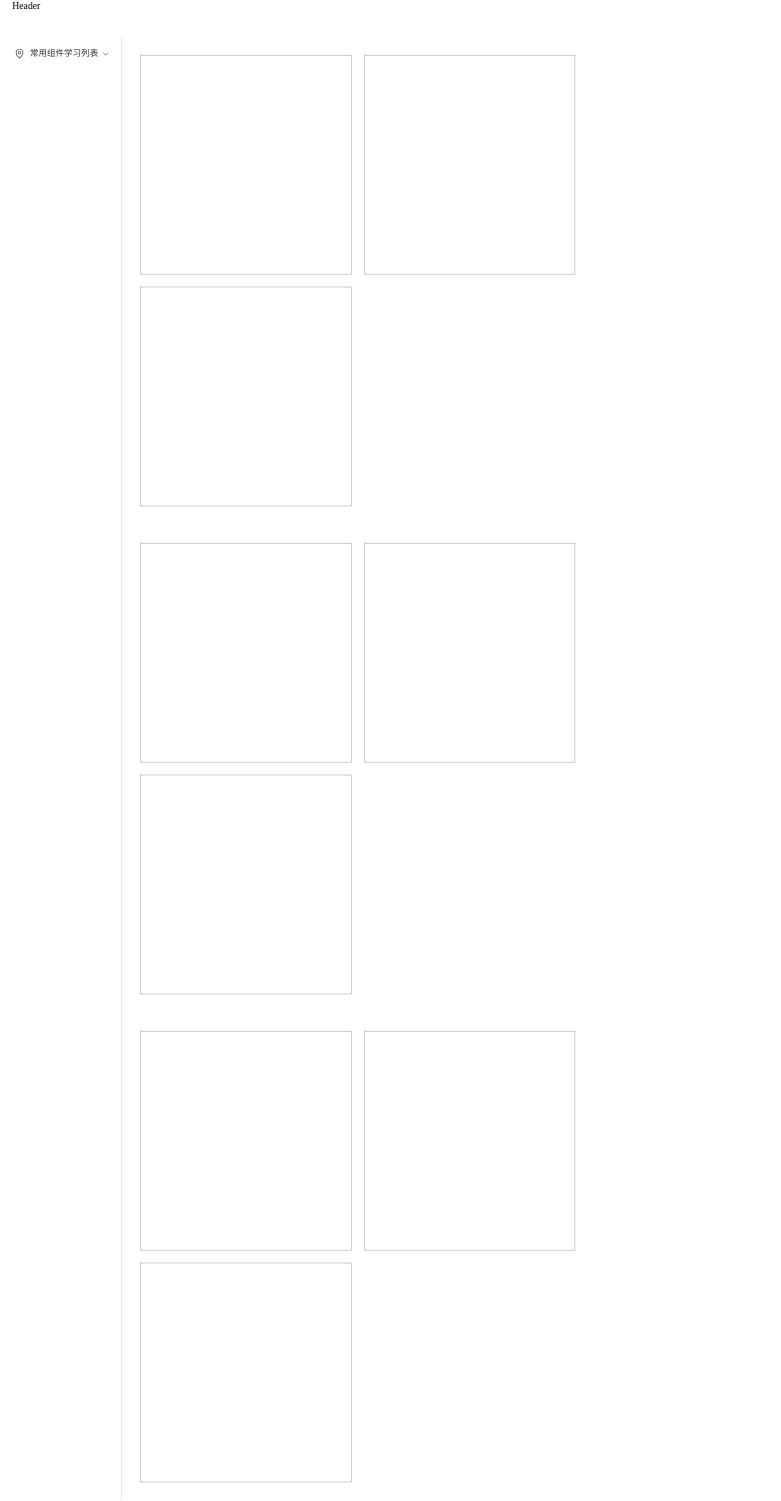
Repository: 553559555/vue3-project
Page: /#/index (app in vue3-app/)
The author's editor kept a copy of each file at every save. The page is drawn from the files as they stood at one save, then again after the next save.
The browser window is 1280 px wide. The pictures show the whole page, at 61% of full size.
The project was rebuilt for these pictures with package versions that can differ from the ones it lists, and the page was loaded fresh each time. Also part of the build but not shown: vue3-app/vite.config.ts.

Above is the page before, as saved 2025-03-24 10:50:21.

### vue3-app/src/main.ts
import { createApp } from 'vue'
import ElementPlus from 'element-plus'
import 'element-plus/dist/index.css'
import router from './router'
import pinia from './stores'
import './style.css'
import App from './App.vue'

const app = createApp(App)
app.use(ElementPlus)
app.use(router)
app.use(pinia)

app.mount('#app')

### vue3-app/src/router/index.ts
import { createRouter, createWebHashHistory, createWebHistory } from 'vue-router'
import type { RouteRecordRaw } from 'vue-router'

const routes: Array<RouteRecordRaw> = [
  {
    path: '/',
    name: 'Login',
    component: () => import('../views/login.vue')
  },
  {
    path: '/index',
    name: 'index',
    component: () => import('../views/index.vue'),
    children: [
      {
        path: '',
        name: 'Home',
        component: () => import('../views/Home.vue')
      },
      {
        path: '/about',
        name: 'About',
        component: () => import('../views/About.vue')
      }
    ]
  }

]

const router = createRouter({
  history: createWebHashHistory(),
  routes
})

export default router

### vue3-app/src/stores/index.ts
import { createPinia } from 'pinia'

const pinia = createPinia()

export default pinia

### vue3-app/src/style.css
/* CSS 重置 */
* {
  margin: 0;
  padding: 0;
  box-sizing: border-box;
}

### vue3-app/src/App.vue
<script setup lang="ts">
import { RouterView } from 'vue-router'
</script>

<template>
    <router-view />
</template>

### vue3-app/src/views/index.vue
<template>
    <div>
        <el-header>Header</el-header>
        <el-container>
            <el-aside width="200px">
                <home-left />
            </el-aside>
            <el-main>
                <router-view>
                </router-view>
            </el-main>
        </el-container>
    </div>
</template>

<script setup>

import { RouterView } from 'vue-router'
import HomeLeft from './components/home-left.vue'

</script>



<style scoped lang="scss">
div {
    width: 100vw;
    height: 100vh;
    box-sizing: border-box;


    .el-main {
        margin: 0px;
        padding: 0px;
    }
}
</style>

### vue3-app/src/views/Home.vue
<template>
  <div class="home-container">
    <el-row class="row" :span="8">
      <el-col :span="8">
        <div class="grid-content ep-bg-purple-dark" />
      </el-col>
      <el-col :span="8">
        <div class="grid-content ep-bg-purple-dark" />
      </el-col>
      <el-col :span="8">
        <div class="grid-content ep-bg-purple-dark" />
      </el-col>
    </el-row>

    <el-row class="row" :span="8">
      <el-col :span="8">
        <div class="grid-content ep-bg-purple-dark" />
      </el-col>
      <el-col :span="8">
        <div class="grid-content ep-bg-purple-dark" />
      </el-col>
      <el-col :span="8">
        <div class="grid-content ep-bg-purple-dark" />
      </el-col>
    </el-row>

    <el-row class="row" :span="8">
      <el-col :span="8">
        <div class="grid-content ep-bg-purple-dark" />
      </el-col>
      <el-col :span="8">
        <div class="grid-content ep-bg-purple-dark" />
      </el-col>
      <el-col :span="8">
        <div class="grid-content ep-bg-purple-dark" />
      </el-col>
    </el-row>

  </div>
</template>

<script lang="ts" setup>

</script>

<style scoped lang="scss">
.home-container {
  width: 100%;
  height: 100%;
  box-sizing: border-box;

  .row {
    padding: 20px;
    height: 800px;

    .el-col {
      margin: 10px;
      border: solid 1px #aaa;
    }
  }
}
</style>

### vue3-app/src/views/components/home-left.vue
<template>
    <div class="home-left-container">
        <el-menu default-active="2" class="el-menu-vertical-demo" @open="handleOpen" @close="handleClose"
            @select="handleSelect">
            <el-sub-menu v-for="(items, index) in listData" :index="items.name" :key="index">
                <template #title>
                    <el-icon>
                        <location />
                    </el-icon>
                    <span>{{ items.name }}</span>
                </template>
                <el-menu-item v-for="(item, index) in items.children" :index="item.name" :key="index">
                    <el-icon>
                        <location />
                    </el-icon>
                    <span>{{ item.name }}</span>
                </el-menu-item>
            </el-sub-menu>
        </el-menu>
    </div>
</template>

<script setup>
import { Location } from "@element-plus/icons-vue";

import { reactive, ref } from "vue";
const listData = reactive([
    {
        name: "常用组件学习列表",
        children: [
            {
                name: 'button'
            },
            {
                name: 'input'
            }
        ],
    },
]);
const isCollapse = ref(true);
const handleOpen = (key, keyPath) => {
    console.log(key, keyPath);
};
const handleClose = (key, keyPath) => {
    console.log(key, keyPath);
};

const handleSelect = (key, keyPath) => {
    console.log(key, keyPath);
};
</script>

<style scoped lang="scss">
.home-left-container {
    height: 100%;
    width: 100%;
    background-color: #fff;

    .el-menu-vertical-demo:not(.el-menu--collapse) {
        width: 200px;
        min-height: 100%;
    }
}
</style>

Loaded but not shown: vue3-app/index.html (common file)

After the next save:
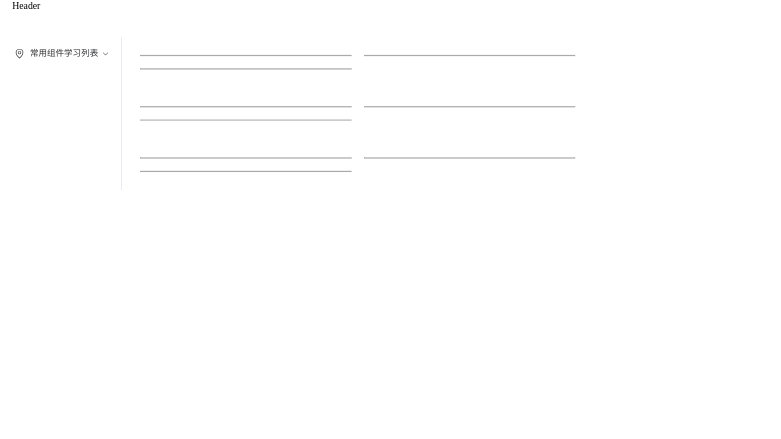
Saved 10 s later.
--- a/vue3-app/src/views/Home.vue
+++ b/vue3-app/src/views/Home.vue
@@ -51,7 +51,6 @@
 
   .row {
     padding: 20px;
-    height: 800px;
 
     .el-col {
       margin: 10px;
